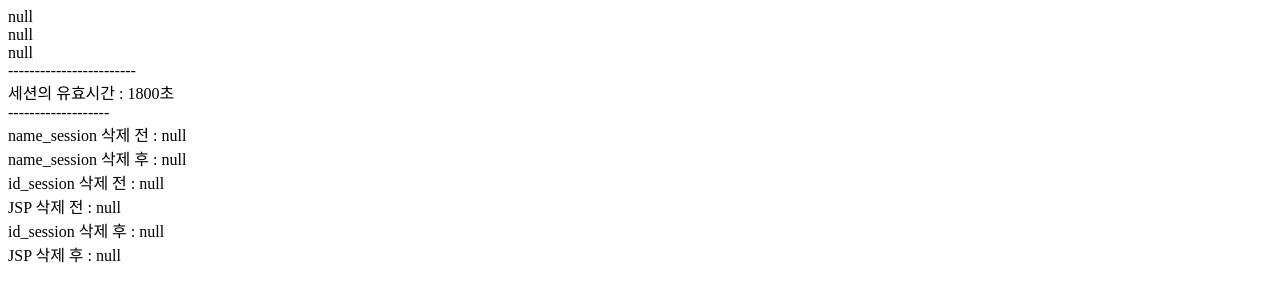
Repository: eyonghwan/jsp_practice
Page: http://localhost/JSPBasic/JspObject/5.session/session_check.jsp
These files come from the project's save history. The page is drawn as it stood at one moment and after a run of saves; the edit follows.
The browser window is 1280 px wide. The pictures show the whole page.
The page is served by Tomcat 9.

Above is the page before, as saved 2022-02-08 01:40:57.

After the next 3 saves:
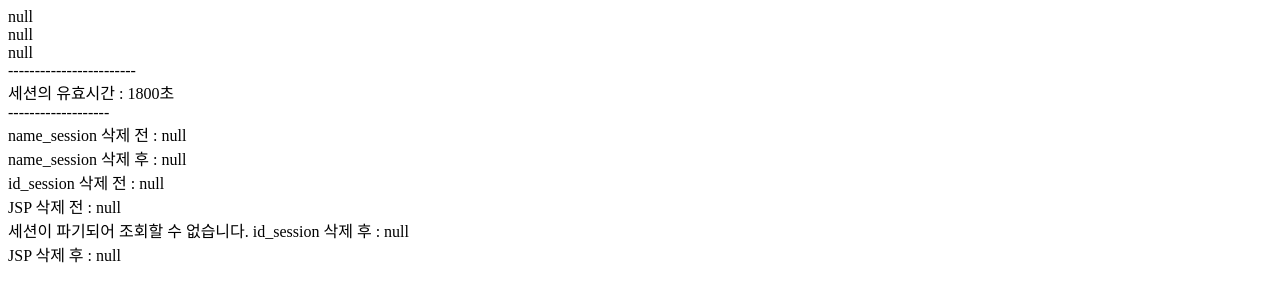
The 3 saves are shown as one change because 2 did not build or start.
The last was saved 8 min 26 s later.
--- a/JSPBasic/src/main/webapp/JspObject/5.session/session_check.jsp
+++ b/JSPBasic/src/main/webapp/JspObject/5.session/session_check.jsp
@@ -45,9 +45,13 @@
 	// 세션 전체적으로 다 삭제
 	session.invalidate();
 
-	//userId = (String)session.getAttribute("id_session");
-	//userJsp = (String)session.getAttribute("JSP");
-
+	// 유효한 세션 존재 여부 조회하기
+	// request.is
+	if(request.isRequestedSessionIdValid()) {
+		out.println("유요한 세션이 존재합니다.");
+	} else {
+		out.println("세션이 파기되어 조회할 수 없습니다.");
+	}
 	out.println("id_session 삭제 후 : " + userId + "<br/>");
 	out.println("JSP 삭제 후 : " + userJsp + "<br/>");
 
